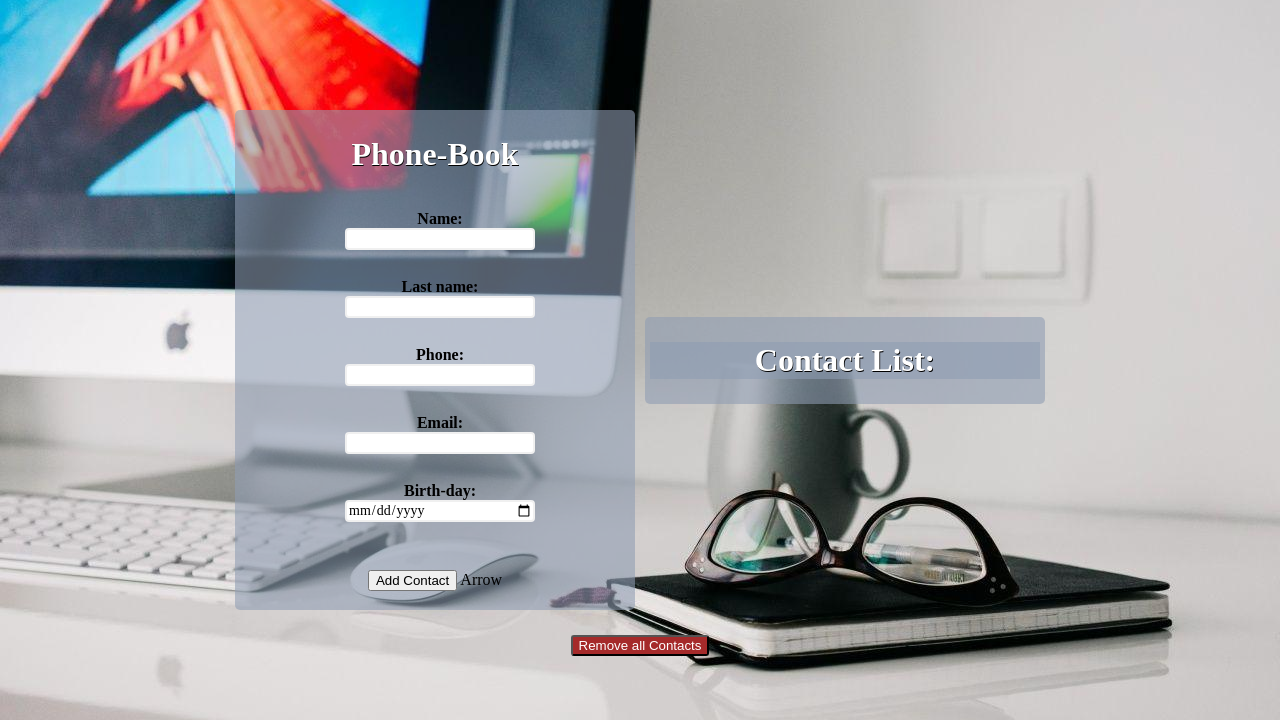
Repository: STA1357/Phone-book
Page: Inner.html
An editor plug-in stored every save of this project. The page is shown before and after the next save, followed by the edit.
The browser window is 1280 px wide. The pictures show the whole page.

Above is the page before, as saved 2020-12-12 17:40:50.

### Inner.html
<!DOCTYPE html>
<html lang="en">
<head>
    <meta charset="UTF-8">
    <meta name="viewport" content="width=device-width, initial-scale=1.0">
    <title>Phone Book</title>
    <link rel="stylesheet" href="./styles.css">
    <script src="./app.js"></script>
</head>
<body>
    <form action="#" method="POST" id="form" class="form">

        <header>
            <div class="header-title">
                <h1>Phone-Book</h1>
            </div>
        </header>

        <main>
            <div class="container">

                <div class="form-control">
                <label for="name">Name:</label>
                <input type="text" class="form-input" id="nameInput">
                <small>Field is required</small>
                </div>

                <div class="form-control">
                <label for="lname">Last name:</label>
                <input type="text" class="form-input" id="lnameInput">
                <small>Field is required</small>
                </div>

                <div class="form-control">
                <label for="tel">Phone:</label>
                <input type="text" class="form-input" id="telInput" class="tellinput">
                <small>Field is required</small>
                </div>


                <div class="form-control">
                <label for="email">Email:</label>
                <input type="email" class="form-input" id="emailInput">
                <small>Field is required</small>
                </div>


                <div class="form-control">
                <label for="birthname">Birth-day:</label>
                <input type="date" class="form-input" id="birthInput">
                <small>Field is required</small>
                </div>

            </div>

        </main>

        <div class="btn">
        <button type="submit" id="btnAdd">Add Contact</button>
        <a class="arrow">Arrow</a>
    </div>
    </form>
<div class="list-container">
    <h2 class="listTitle">Contact List:</h2>
    <ul id="users"></ul>
</div>

<div class="clearBook">
    <button id="clearBookBtn" class="clearBookBtn" onclick="removeAll()">Remove all Contacts</button>
</div>

</body>
</html>

### styles.css
*{
    box-sizing: border-box;

}

body{
    display: flex;
    flex-direction: row;
    align-items: center;
    justify-content: center;
    min-height: 100vh;
    margin: 0;
    background: url("./wp3990421-office-wallpapers.jpg") no-repeat fixed center center;
    background-size: cover;
}

.header-title{
    color: white;
    text-shadow: 0.5px 0.5px black;
}

form{
    max-height: 500px;
    background-color: rgba(144, 156, 179, 0.589);
    width: 400px;
    max-width: 100%;
    margin-right: 10px;
    text-align: center;
    border-radius: 5px;
    position: relative;
}

main{
    margin-left: 25%;
}

.container{
    text-align: center;
    display: block;
    width: 70%;
}

.list-container{
    background-color: rgba(144, 156, 179, 0.589);
    width: 400px;
    max-width: 100%;
    page-break-after: 30px 40px;
    border-radius: 5px;
    max-height: 500px;
    overflow: auto;
}

.listTitle{
    color: white;
    text-shadow: 0.7px 0.7px black;
    font-size: 32px;
    margin-top: 20px;
    margin-bottom: 20px;
    position: sticky;
    top: 20px;
    background-color: rgba(144, 156, 179, 0.589);
}

.titleLi{
    color: rgb(15, 87, 129);
    text-shadow: 0.5px 0.5px black;
    font-size: 22px;
}

.infoList{
    color: black;
    font-size: 18px;
}

h2{
    text-align: center;
}

label{
    font-weight: bold;
}

.form-control input {
	border: 2px solid #f0f0f0;
	border-radius: 4px;
	display: block;
	font-family: inherit;
	font-size: 14px;

	width: 100%;
}

.img{
    width: 20px;
    height: 20px;
}

.btn{
    padding: 20px 0;
}


.selected{
    background-color: skyblue;
    color: black;
    text-shadow: 0.5px 0.5px grey;
}

.deleteBtn::before{
    color: brown;
    content: "delete";
    font-weight: bold;
}

.deleteAll::before{
    color: brown;
    content: "delete";
}

div{
    padding: 5px;
}

li{
    font-weight: bold;
    font-style: italic;
}

.clearBook{
    display: block;
    position: fixed;

}

.clearBookBtn{
    margin-top: 570px;
    background-color: brown;
    color: white;
    border-radius: 3px;
}

.form-control.success input{
    border-color: rgb(18, 206, 18);
}

.form-control.error input{
    border-color: rgb(224, 68, 68);
}


.form-control small {
	color: rgb(224, 68, 68);
	bottom: 0;
	left: 0;
	visibility: hidden;
}

.form-control.error small{
    visibility: visible;
}

.active {
    background-color: gray;
}

### app.js
// compare dates = new Date(date value from contact).toDateString() === new Date().toDateString()

window.onload = function() {
    const localKey = 'contactsCollection';
    const form = document.querySelector('form');
    const list = document.getElementById('users');
    const userName = document.getElementById('nameInput');
    const userLname = document.getElementById('lnameInput');
    const userTel = document.getElementById('telInput');
    const userEmail = document.getElementById('emailInput');
    const userBirth = document.getElementById('birthInput');

    let contactsList = getContacts();
    let activeContact = {};

    generateContactList();
    compareDates();

    function compareDates() {
        const today = new Date().toDateString();
        const todayBirthDays = contactsList.filter(({ birthDay }) => new Date(birthDay).toDateString() === today);
        if (todayBirthDays.length) {
            console.log(todayBirthDays);
        }
    }
    //validation
    form.addEventListener('submit', (e) => {
        e.preventDefault();
        if (validateForm()) {
            const contact = {
                id: Object.keys(activeContact).length ? activeContact.id : getId(),
                name: userName.value,
                lastName: userLname.value,
                phone: userTel.value,
                mail: userEmail.value,
                birthDay: userBirth.value
            }
            if (Object.keys(activeContact).length) {
                updateContact(contact);
                setActiveContact({});
            } else {
                recordContact(contact);
            }
        }
    })

    function setErrorFor (input) {
        const formControl = input.parentElement;
        formControl.classList.add("error");
    }

    function removeError(input) {
        const formControl = input.parentElement;
        formControl.classList.remove("error");
    }

    function isValidField(field) {
        const valid = !!field.value.trim();
        if (!valid) {
            setErrorFor(field);
        } else {
            removeError(field);
        }
        return valid;
    }

    function validateForm() {
        const validateFields = document.querySelectorAll('.form-input');
        const validFields = [];
        validateFields.forEach(field => validFields.push(isValidField(field)));
        return !validFields.some(valid => !valid);
    }

    function getContacts() {
        const res = localStorage.getItem(localKey);
        return res ? JSON.parse(res) : [];
    }

    function setToStorage(data) {
        localStorage.setItem(localKey, data);
    }

    function updateContactList(newList) {
        const string = JSON.stringify(newList);
        contactsList = newList;
        setToStorage(string);
        generateContactList();
    }

    function recordContact(newContact) {
        updateContactList([...contactsList, newContact])
    }

    function updateContact(newData) {
        contactsList = contactsList.map(contact => contact.id === newData.id ? newData : contact);
        updateContactList(contactsList);
    }

    function deleteContact(removeId) {
        contactsList = contactsList.filter(({ id }) => id !== removeId);
        updateContactList(contactsList);
    }

    function switchButtonTitle(){
        const switchButton = document.getElementById('btnAdd');
        switchButton.innerText = "Update";
    }

    function setActiveContact(contact) {
        activeContact = contact;
        const contacts = document.querySelectorAll('.contact-item');
        const { id = "", name = "", lastName = "", phone = "", mail = "", birthDay = "" } = contact;
            contacts.forEach((contact) => {
                if (contact.id === `contact-${id}`) {
                    contact.classList.add('active');
                } else {
                    contact.classList.remove('active');
                    switchButtonTitle();
                }
            })
            userName.value = name;
            userLname.value = lastName;
            userTel.value = phone;
            userEmail.value = mail;
            userBirth.value = birthDay;
    }

    function generateContactList() {
        const fragment = document.createDocumentFragment();
        contactsList.forEach((contact) => {
            const { id, name, lastName, phone, mail, birthDay } = contact;
            const container = document.createElement('div');

            container.onclick = () => setActiveContact(contact);
            container.id = `contact-${id}`;
            container.className = 'contact-item';
            const title = document.createElement('li');
            title.className = 'titleLi'
            title.innerText = `${name} ${lastName}`;

            const infoList = document.createElement('b');
            infoList.className = 'infoList'
            infoList.innerText = `${phone}
            ${mail}
            ${birthDay}`;
            // phonesList.innerText = phones.join(' ');
            container.appendChild(title);
            container.appendChild(infoList);
            const deleteBtn = document.createElement('button');
            deleteBtn.className = 'deleteBtn'
            container.appendChild(deleteBtn);
            deleteBtn.addEventListener('mousedown', function (e) {
                e.preventDefault();
            })
            fragment.appendChild(container);

            deleteBtn.addEventListener('click', function (e) {
                deleteContact(id);
            })
            document.getElementById('nameInput').value = "";
            document.getElementById('lnameInput').value = "";
            document.getElementById('telInput').value = "";
            document.getElementById('emailInput').value = "";
            document.getElementById('birthInput').value = "";
        });


        list.innerHTML = '';
        list.appendChild(fragment);


    }

    function getId() {
        return '_' + Math.random().toString(36).substr(2, 9);
    };
}

function removeAll(){
    if(window.confirm("This action will remove all contacts. Are you sure?")){
        window.localStorage.clear();
        document.location.reload();
    }
}


function newFunction() {
    return document.getElementById('contactsCount');
}
//function move_up() {
//document.getElementById('list-container').scrollTop += 10;
//}

//function move_down() {
//document.getElementById('list-container').scrollTop -= 10;
//}

// const form = document.querySelector('form')
// const list = document.getElementById('users')
// const userName = document.getElementById('nameInput')
// const userLname = document.getElementById('lnameInput')
// const userTel = document.getElementById('telInput')
// const userEmail = document.getElementById('emailInput')
// const userBirth = document.getElementById('birthInput')
// const entry = document.createElement('li')


// function addUser() {
//     const list = document.getElementById('users')
//     const userName = document.getElementById('nameInput')
//     const userLname = document.getElementById('lnameInput')
//     const userTel = document.getElementById('telInput')
//     const userEmail = document.getElementById('emailInput')
//     const userBirth = document.getElementById('birthInput')
//     const entry = document.createElement('li')
//     entry.appendChild(document.createTextNode(userName.value + ' ' + userLname.value + ' '
//     + userTel.value + ' ' + userEmail.value + ' ' + userBirth.value))
//     list.appendChild(entry)
//     return false

// }

// let bookContacts = [];

// const addContacts = (ev) => {
//     ev.preventDefault();
//     let contact = {
//         name: document.getElementById('nameInput').value,
//         lname: userLname.value,
//         tel: userTel.value,
//         email: userEmail.value,
//         birthday: userBirth.value
//     }
//     bookContacts.push(contact);
//     document.forms[0].reset();
// }
// document.addEventListener('DomContentLoad', () =>{
//     document.getElementById('btnAdd').addEventListener('click',addContacts)
// })
// console.log(bookContacts);




/*class Person{
    constructor(options){
        this.name = options.name
        this.lname = options.lname
        this.tel = options.tel
        this.email = options.email
        this.birthday = options.birthday
    }
}

class User extends Person{
    static type = "User"
}

const user = new User({
    name: "",
    lname: "",
    tel: "",
    email:"",
    birthday:""
})


localStorage.setItem('userInfo', JSON.stringify(user));




const raw = localStorage.getItem('userInfo')
const userInfo = JSON.parse(raw)
userInfo.name = 'Maxim'

console.log(userInfo);*/

After the next save:
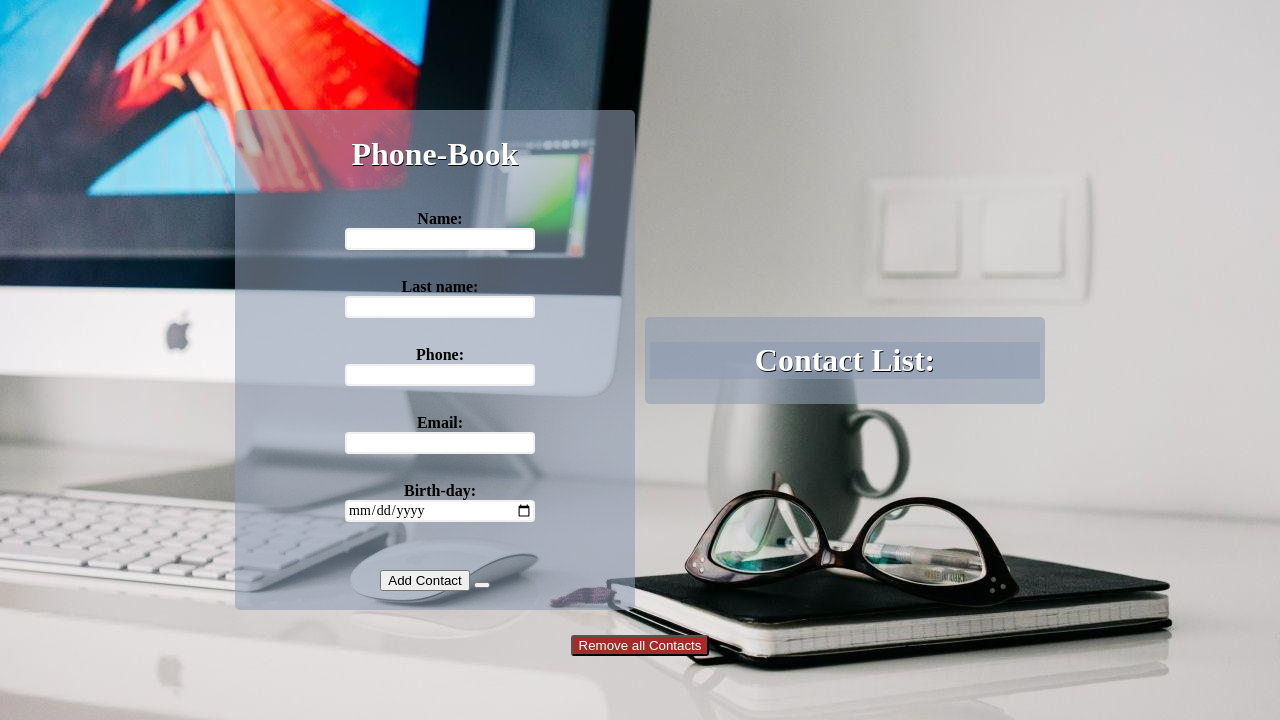
Saved 8 s later.
--- a/Inner.html
+++ b/Inner.html
@@ -57,7 +57,7 @@
 
         <div class="btn">
         <button type="submit" id="btnAdd">Add Contact</button>
-        <a class="arrow">Arrow</a>
+        <button id="restBtn" class="restBtn"></button>
     </div>
     </form>
 <div class="list-container">
